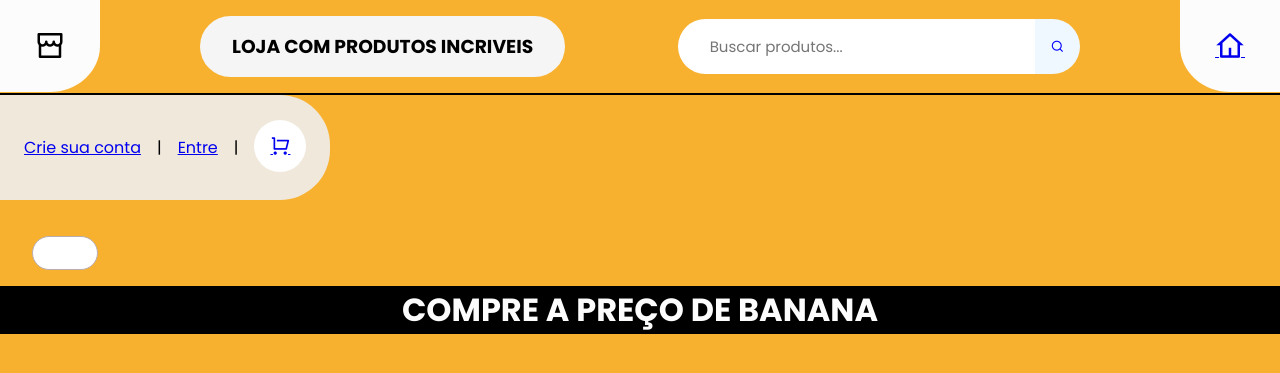
Repository: Guilherme-Beckman/Loja-Online-MVC-Spring
Page: http://localhost/home
An editor plug-in stored every save of this project. The page is shown before and after the next save, followed by the edit.
The browser window is 1280 px wide. The pictures show the whole page.
The page is this project's Thymeleaf template; nobody is signed in. The template is opened directly, without the code that normally fills it, so the values that code supplies are empty.

Above is the page before, as saved 2024-03-06 00:13:26.

After the next save:
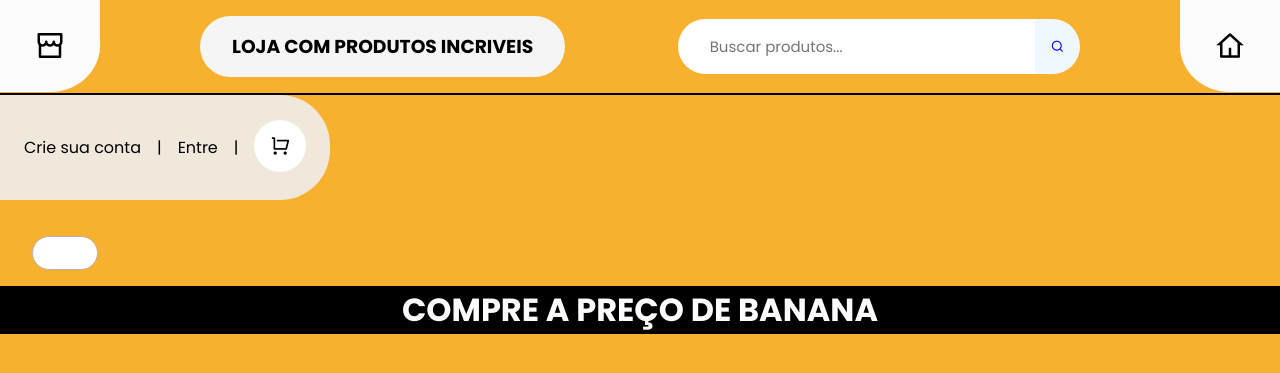
Saved 1 s later.
--- a/Documents/Loja-Online-MVC-Spring/loja-online/src/main/resources/static/style.css
+++ b/Documents/Loja-Online-MVC-Spring/loja-online/src/main/resources/static/style.css
@@ -14,6 +14,12 @@ body{
 
 
 }
+
+a {
+    text-decoration: none;
+    color: black;
+}
+
 
 .nav{
     max-width: 1200px;
